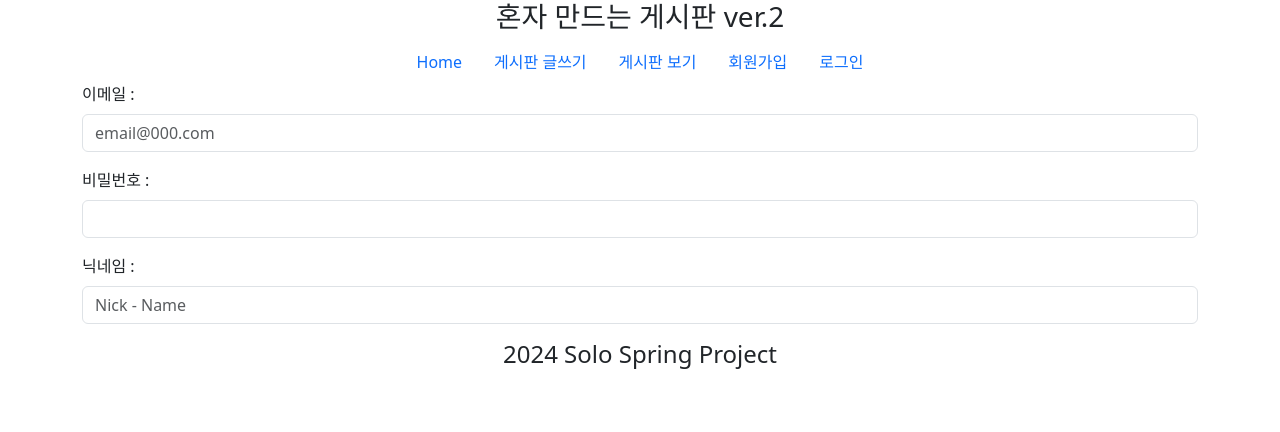
Repository: nefer2/Spring_test
Page: http://localhost/spring_test7/WEB-INF/views/member/register.jsp
These files come from the project's save history. The page is drawn as it stood at one moment and after the next save; the edit follows.
The browser window is 1280 px wide. The pictures show the whole page.
The page is served by Tomcat 9. Nobody is signed in. Other server files are loaded and not shown. The template is opened directly, without the code that normally fills it, so the values that code supplies are empty.

Above is the page before, as saved 2024-01-19 05:30:21.

### spring_test7/src/main/webapp/WEB-INF/views/member/register.jsp
<%@ page language="java" contentType="text/html; charset=UTF-8"
	pageEncoding="UTF-8"%>
<%@ taglib uri="http://java.sun.com/jsp/jstl/core" prefix="c"%>

<jsp:include page="../layout/header.jsp"></jsp:include>
<jsp:include page="../layout/navbar.jsp"></jsp:include>

<div class="container-md">


<form action="/member/register" method="post">
	<div class="mb-3">
		<label for="email" class="form-label">이메일 : </label>
		<input type="email" name="email" class="form-control" id="email" placeholder="email@000.com">
	</div>
	<div class="mb-3">
		<label for="password" class="form-label">비밀번호 :</label>
		<input type="password" name="pwd" class="form-control" id="pwd" >
	</div>
	<div class="mb-3">
		<label for="nickName" class="form-label">닉네임 : </label>
		<input type="text" name="nickName" class="form-control" id="nickName" placeholder="Nick - Name">
	</div>








</form>
</div>
<jsp:include page="../layout/footer.jsp"></jsp:include>

### spring_test7/src/main/webapp/WEB-INF/views/layout/header.jsp
<%@ page language="java" contentType="text/html; charset=UTF-8"
    pageEncoding="UTF-8"%>
<!DOCTYPE html>
<html>
<head>
<h3 style="text-align: center;">혼자 만드는 게시판 ver.2</h3>
</head>

### spring_test7/src/main/webapp/WEB-INF/views/layout/navbar.jsp
<%@ page language="java" contentType="text/html; charset=UTF-8"
    pageEncoding="UTF-8"%>


<script src="https://cdn.jsdelivr.net/npm/bootstrap@5.3.1/dist/js/bootstrap.bundle.min.js" integrity="sha384-HwwvtgBNo3bZJJLYd8oVXjrBZt8cqVSpeBNS5n7C8IVInixGAoxmnlMuBnhbgrkm" crossorigin="anonymous"></script>
<link href="https://cdn.jsdelivr.net/npm/bootstrap@5.3.1/dist/css/bootstrap.min.css" rel="stylesheet" integrity="sha384-4bw+/aepP/YC94hEpVNVgiZdgIC5+VKNBQNGCHeKRQN+PtmoHDEXuppvnDJzQIu9" crossorigin="anonymous">


<ul class="nav justify-content-center">

  <li class="nav-item">
    <a class="nav-link active" aria-current="page" href="/">Home</a>
  </li>
  <li class="nav-item">
    <a class="nav-link" href="/board/register">게시판 글쓰기</a>
  </li>
  <li class="nav-item">
    <a class="nav-link" href="/board/list">게시판 보기</a>
  </li>
    <li class="nav-item">
    <a class="nav-link" href="#">회원가입</a>
  </li>
    <li class="nav-item">
    <a class="nav-link" href="#">로그인</a>
  </li>
</ul>

### spring_test7/src/main/webapp/WEB-INF/views/layout/footer.jsp
<%@ page language="java" contentType="text/html; charset=UTF-8"
    pageEncoding="UTF-8"%>




<div><h4 style="text-align: center;">2024 Solo Spring Project</h4></div>

</body>
</html>

After the next save:
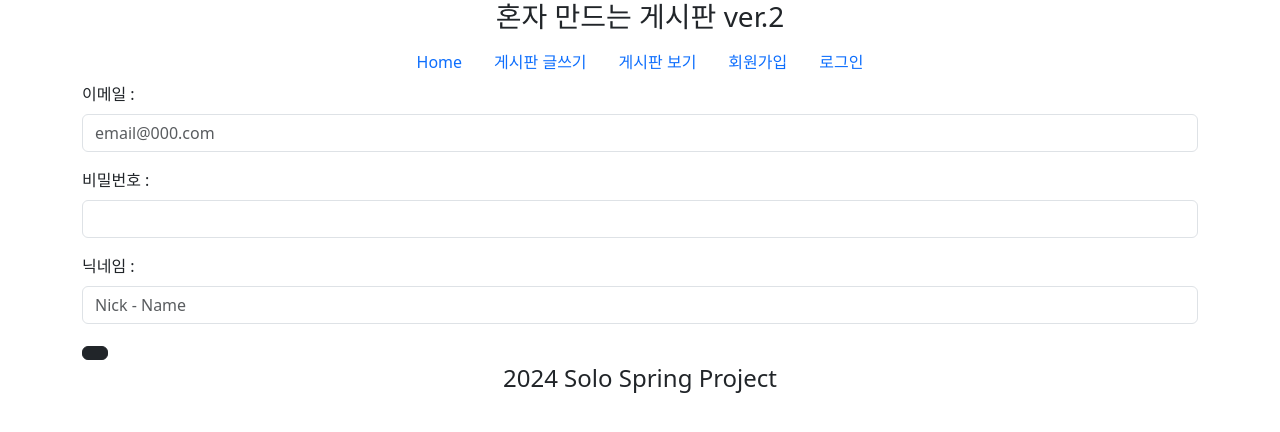
Saved 21 s later.
--- a/spring_test7/src/main/webapp/WEB-INF/views/member/register.jsp
+++ b/spring_test7/src/main/webapp/WEB-INF/views/member/register.jsp
@@ -21,7 +21,7 @@
 		<label for="nickName" class="form-label">닉네임 : </label>
 		<input type="text" name="nickName" class="form-control" id="nickName" placeholder="Nick - Name">
 	</div>
-
+<button type="submit" class="btn btn-dark" ></button>
 
 
 
